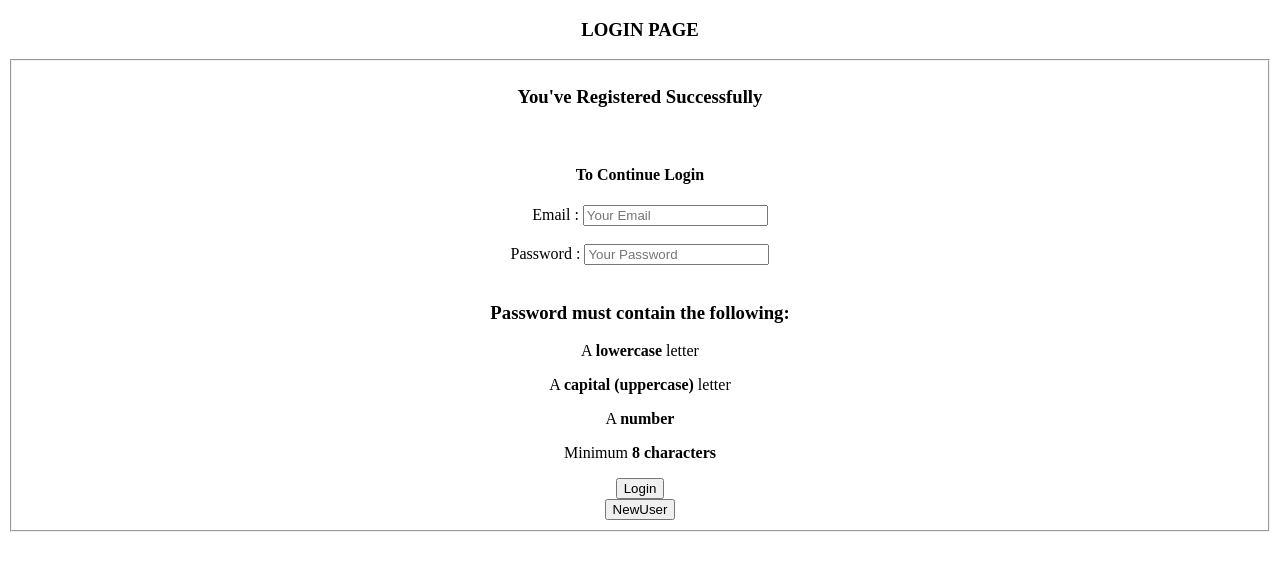
Repository: msibgathulla9980/Servlet
Page: ServletJdbcApp/WebContent/login.html
An editor plug-in stored every save of this project. The page is shown before and after the next save, followed by the edit.
The browser window is 1280 px wide. The pictures show the whole page.

Above is the page before, as saved 2019-01-24 06:03:25.

### ServletJdbcApp/WebContent/login.html
<!DOCTYPE html>
<html>
<head>
<h3><b><center>LOGIN PAGE</b></center></h3>
<meta charset="UTF-8">
<title>Bridge Labz Login</title>
</head>
<body>
<fieldset>
<center>
<h3>You've Registered Successfully</h3><br>
<h4>To Continue Login</h4>
<form action="login" method="post">
&nbsp;&nbsp;&nbsp;&nbsp;&nbsp;Email :
<input type="email" name="email" placeholder="Your Email" required/><br><br>
<label for="psw"></label>
Password :
<input type="password" id ="psw" name="password" placeholder="Your Password"  pattern="(?=.*\d)(?=.*[a-z])(?=.*[A-Z]).{8,}" title="Must contain at least one number
and one uppercase and lowercase letter, and at least 8 or more characters" required><br><br>
<div id="message">
  <h3>Password must contain the following:</h3>
  <p id="letter" class="invalid">A <b>lowercase</b> letter</p>
  <p id="capital" class="invalid">A <b>capital (uppercase)</b> letter</p>
  <p id="number" class="invalid">A <b>number</b></p>
  <p id="length" class="invalid">Minimum <b>8 characters</b></p>
</div>
 <a href=Welcome.html><input type="submit" value="Login"/></a>
</form>
<a href=Registration.html><input type="submit" value="NewUser" /></a>
</center>
</fieldset>
</body>
</html>

After the next save:
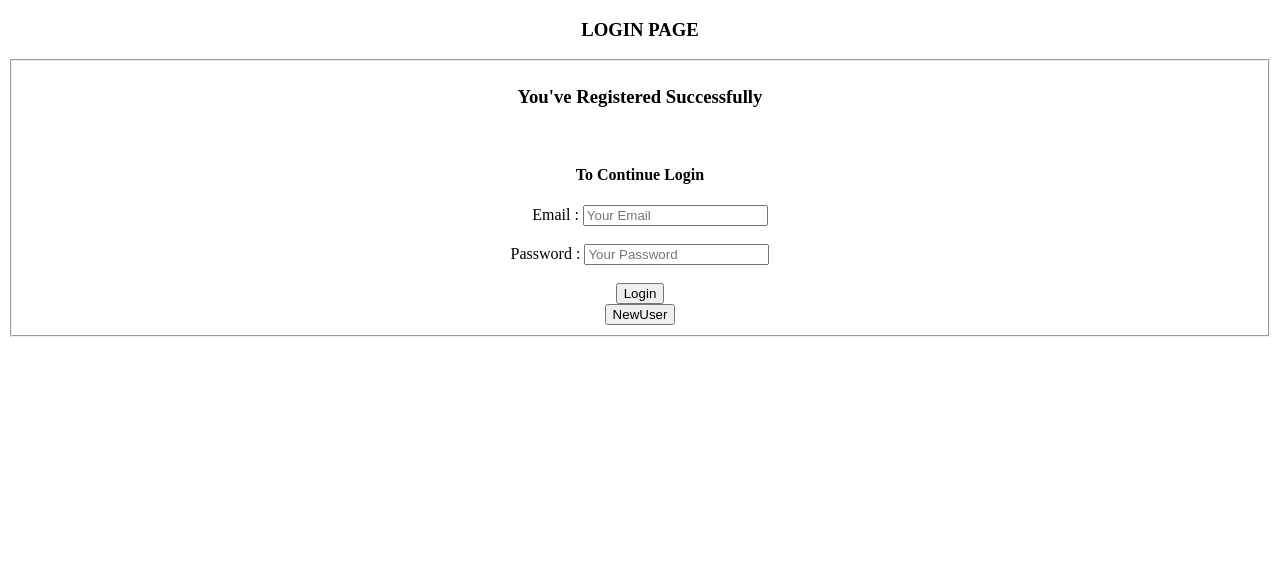
Saved 3 min 19 s later.
--- a/ServletJdbcApp/WebContent/login.html
+++ b/ServletJdbcApp/WebContent/login.html
@@ -13,17 +13,8 @@
 <form action="login" method="post">
 &nbsp;&nbsp;&nbsp;&nbsp;&nbsp;Email :
 <input type="email" name="email" placeholder="Your Email" required/><br><br>
-<label for="psw"></label>
 Password :
-<input type="password" id ="psw" name="password" placeholder="Your Password"  pattern="(?=.*\d)(?=.*[a-z])(?=.*[A-Z]).{8,}" title="Must contain at least one number
-and one uppercase and lowercase letter, and at least 8 or more characters" required><br><br>
-<div id="message">
-  <h3>Password must contain the following:</h3>
-  <p id="letter" class="invalid">A <b>lowercase</b> letter</p>
-  <p id="capital" class="invalid">A <b>capital (uppercase)</b> letter</p>
-  <p id="number" class="invalid">A <b>number</b></p>
-  <p id="length" class="invalid">Minimum <b>8 characters</b></p>
-</div>
+<input type="password" name="password" placeholder="Your Password" required/><br><br>
  <a href=Welcome.html><input type="submit" value="Login"/></a>
 </form>
 <a href=Registration.html><input type="submit" value="NewUser" /></a>
